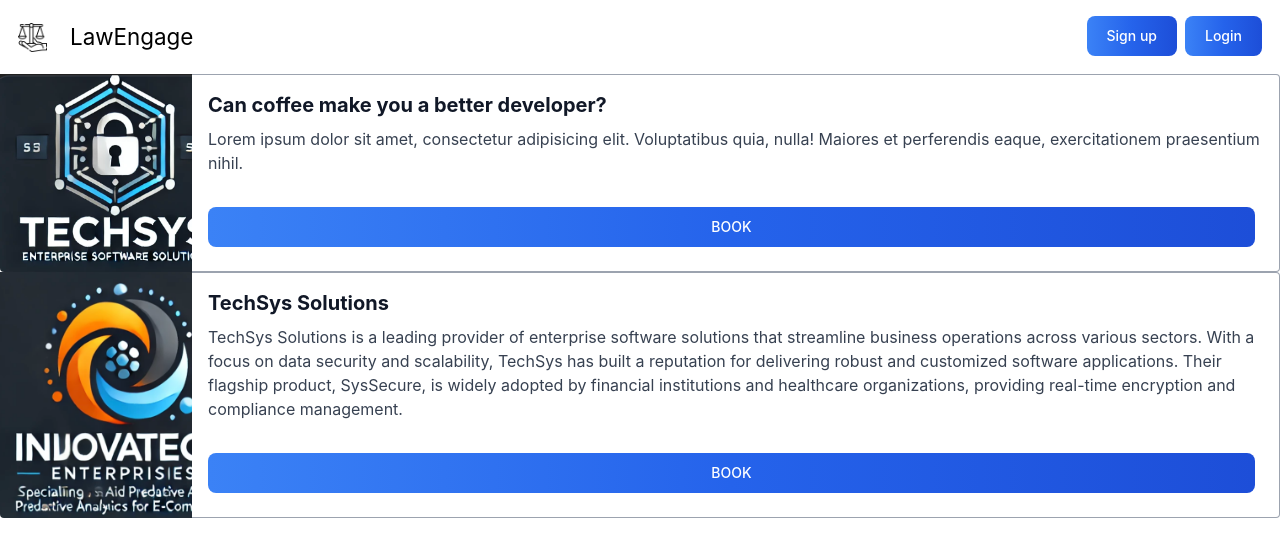
Repository: khushijain8/Lawyer-appointment-application
Page: /book (app in frontend/)
The author's editor kept a copy of each file at every save. The page is drawn from the files as they stood at one save, then again after the next save.
The browser window is 1280 px wide. The pictures show the whole page.
The project was rebuilt for these pictures with package versions that can differ from the ones it lists, and the page was loaded fresh each time. Also part of the build but not shown: frontend/src/App.css, frontend/src/components/Signup/Signup.css, frontend/src/components/Signup/Signup.jsx, frontend/src/components/Login/Login.css, frontend/src/components/Login/Login.jsx, frontend/src/components/LawyerHistoryContainer/LawyerHistoryContainer.css, frontend/src/components/LawyerHistoryContainer/LawyerHistoryContainer.jsx, frontend/src/components/Admin/Admin.jsx and 5 more.

Above is the page before, as saved 2025-01-26 18:59:06.

After the next save:
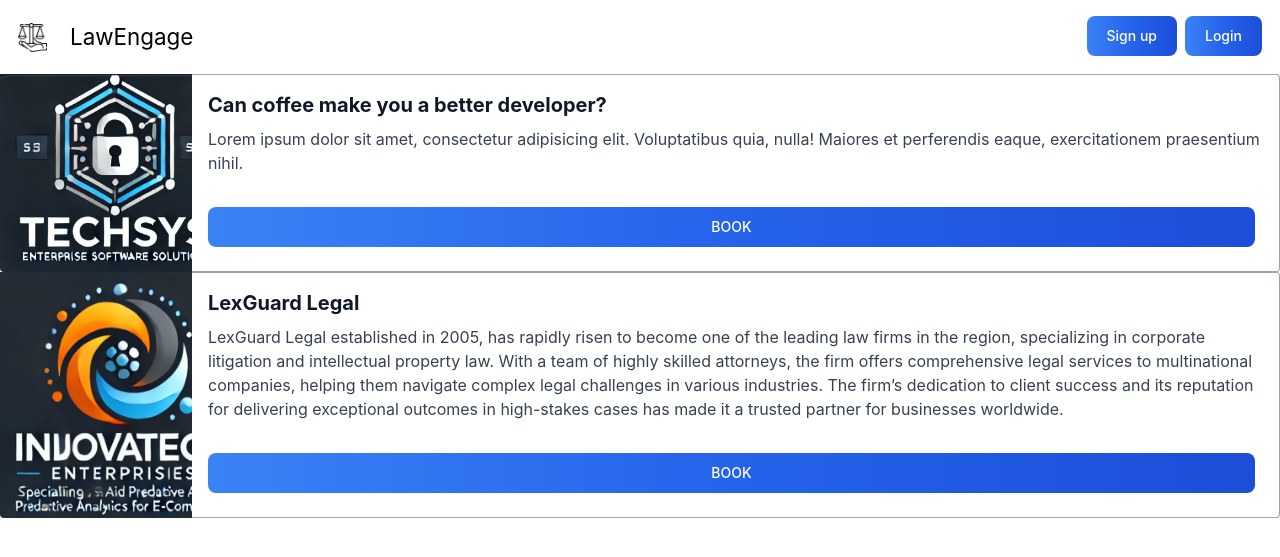
Saved 77 s later.
--- a/frontend/src/components/Book/Book.jsx
+++ b/frontend/src/components/Book/Book.jsx
@@ -32,8 +32,8 @@ function Book() {
         <div className="border-r border-b border-l border-gray-400 lg:border-l-0 lg:border-t lg:border-gray-400 bg-white rounded-b lg:rounded-b-none lg:rounded-r p-4 flex flex-col justify-between leading-normal">
           <div className="mb-8">
 
-            <div class="text-gray-900 font-bold text-xl mb-2">TechSys Solutions</div>
-            <p class="text-gray-700 text-base">TechSys Solutions is a leading provider of enterprise software solutions that streamline business operations across various sectors. With a focus on data security and scalability, TechSys has built a reputation for delivering robust and customized software applications. Their flagship product, SysSecure, is widely adopted by financial institutions and healthcare organizations, providing real-time encryption and compliance management.</p>
+            <div class="text-gray-900 font-bold text-xl mb-2">LexGuard Legal</div>
+            <p class="text-gray-700 text-base">LexGuard Legal established in 2005, has rapidly risen to become one of the leading law firms in the region, specializing in corporate litigation and intellectual property law. With a team of highly skilled attorneys, the firm offers comprehensive legal services to multinational companies, helping them navigate complex legal challenges in various industries. The firm’s dedication to client success and its reputation for delivering exceptional outcomes in high-stakes cases has made it a trusted partner for businesses worldwide.</p>
           </div>
             <button class="text-white bg-gradient-to-r from-blue-500 via-blue-600 to-blue-700 hover:bg-gradient-to-br focus:ring-4 focus:outline-none focus:ring-blue-300 dark:focus:ring-blue-800 font-medium rounded-lg text-sm px-5 py-2.5 text-center me-2 mb-2" onClick={()=>handleClick('firm2')}>BOOK</button>
 
